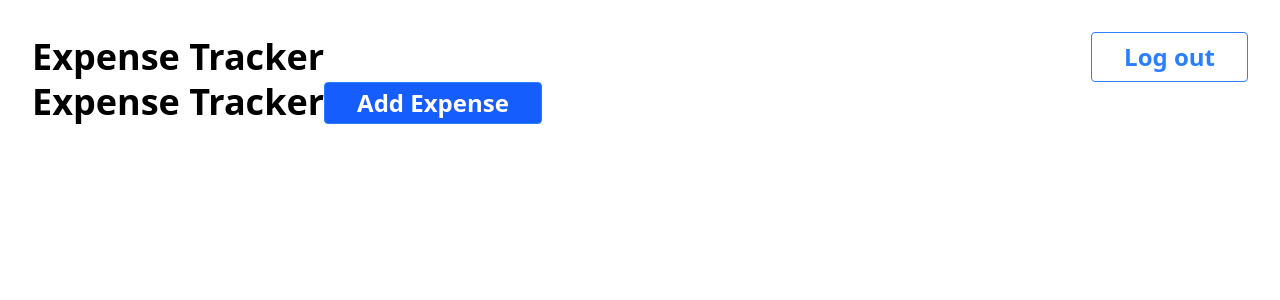
Repository: Syed-Mohsin-Ali786/frontend-expense-tracker
Page: /
These files come from the project's save history. The page is drawn as it stood at one moment and after the next save; the edit follows.
The browser window is 1280 px wide. The pictures show the whole page.
The project was rebuilt for these pictures with package versions that can differ from the ones it lists, and the page was loaded fresh each time.

Above is the page before, as saved 2025-09-28 14:03:40.

### src/App.tsx

import './App.css'

function App() {


  return (
    <div className=' mt-4 mx-4 p-4'>
      {/* Header */}
      <header className='flex items-center justify-between'>
     <h1 className='text-4xl  font-semibold'>Expense Tracker</h1>
     <button className=' border border-blue-500 py-2 px-3 md:px-6 lg:px-8 rounded font-semibold text-blue-500 text-2xl '>Log out</button>
      </header>

      {/* The main page */}
<section>
  {/* Expenses */}
<div className='flex'>
<h1 className='text-4xl  font-semibold'>Expense Tracker</h1>
     <button className='bg-blue-600 border border-blue-500 py-1 px-3 md:px-6 lg:px-8 rounded font-semibold text-[#ffff] text-2xl '>Add Expense</button>

</div>
{/* Charts */}
<div>

</div>
</section>
    </div>
  )
}

export default App

Loaded but not shown: index.html (common file); src/main.tsx (common file); src/App.css (common file)

After the next save:
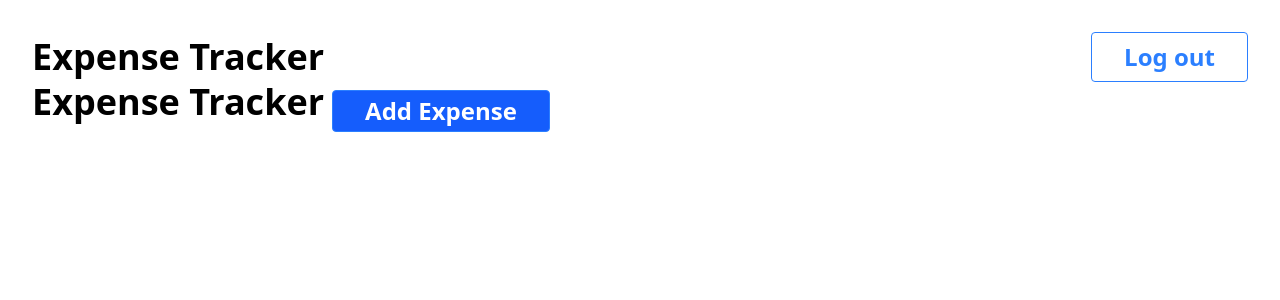
Saved 21 s later.
--- a/src/App.tsx
+++ b/src/App.tsx
@@ -17,7 +17,7 @@
   {/* Expenses */}
 <div className='flex'>
 <h1 className='text-4xl  font-semibold'>Expense Tracker</h1>
-     <button className='bg-blue-600 border border-blue-500 py-1 px-3 md:px-6 lg:px-8 rounded font-semibold text-[#ffff] text-2xl '>Add Expense</button>
+     <button className='bg-blue-600 border border-blue-500 py-1 px-3 m-2 md:px-6 lg:px-8 rounded font-semibold text-[#ffff] text-2xl '>Add Expense</button>
 
 </div>
 {/* Charts */}

After the save that followed:
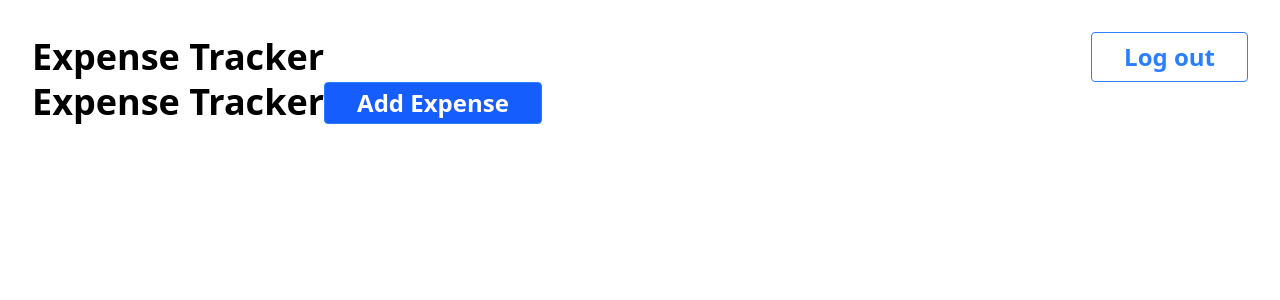
Saved 36 s later.
--- a/src/App.tsx
+++ b/src/App.tsx
@@ -17,7 +17,7 @@
   {/* Expenses */}
 <div className='flex'>
 <h1 className='text-4xl  font-semibold'>Expense Tracker</h1>
-     <button className='bg-blue-600 border border-blue-500 py-1 px-3 m-2 md:px-6 lg:px-8 rounded font-semibold text-[#ffff] text-2xl '>Add Expense</button>
+     <button className='flex items-center justify-center bg-blue-600 border border-blue-500 py-1 px-3 md:px-6 lg:px-8 rounded font-semibold text-[#ffff] text-2xl '>Add Expense</button>
 
 </div>
 {/* Charts */}
